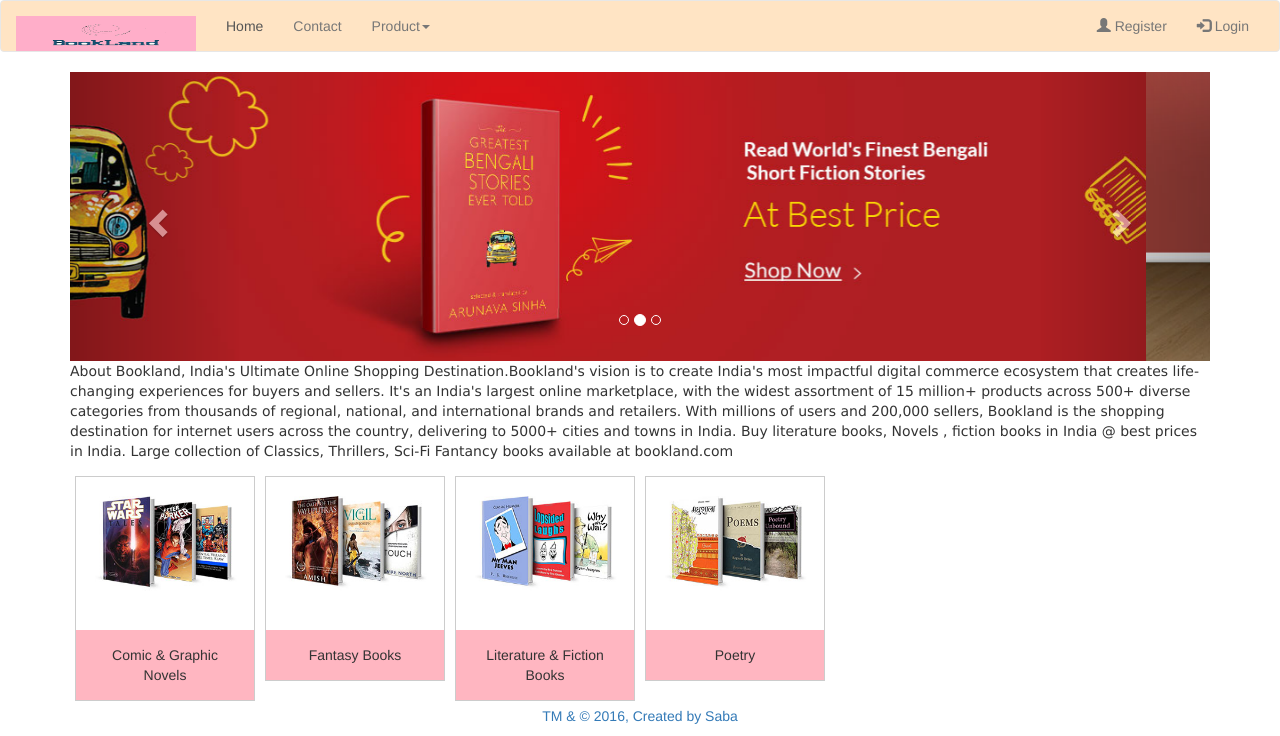
Repository: sabahussain/finalproject
Page: http://localhost/bookland/
The author's editor kept a copy of each file at every save. The page is drawn from the files as they stood at one save, then again after the next save.
The browser window is 1280 px wide. The pictures show the whole page.
The page is served by Tomcat 9. Nobody is signed in. The application's start-up code is not run. Other server files are loaded and not shown.

Above is the page before, as saved 2016-05-08 15:27:31.

### bookland/src/main/webapp/index.jsp
<%@taglib uri="http://java.sun.com/jsp/jstl/core" prefix="c"  %>
<%@page isELIgnored="false" %>
<html>
<head>
<head>
<c:url value="/resources/bootstrap/css" var="a" scope="application"></c:url>
<c:url value="/resources/bootstrap/js" var="b" scope="application"></c:url>
<c:url value="/resources/images" var="z" scope="application"></c:url>
<link href="${a}/bootstrap.min.css" rel="stylesheet"/>
 <script src="${b}/jquery-2.2.3.min.js">
 </script>
<script src="${b}/bootstrap.min.js">
</script>
<style>
.navbar-default {
    background-color: #FFE4C4;
    border-color: #E7E7E7;
}
.navbar-default .navbar-nav > li > a {
    color: #777777;
}
.navbar-default .navbar-nav > .active > a, .navbar-default .navbar-nav > .active > a:hover, .navbar-default .navbar-nav > .active > a:focus {
    background-color: #FFE4C4;
    color: #555555;
}
div.img {
    margin: 5px;
    border: 1px solid #ccc;
    float: left;
    width: 180px;
    background-color: #FFB6C1;

}

div.img:hover {
    border: 1px solid #777;
}

div.img img {
    width: 100%;
    height: auto;
}

div.desc {
    padding: 15px;
    text-align: center;
}
</style>
</head>
<body>
     <nav class="navbar navbar-default navbar-inverse">
  <div class="container-fluid">
    <div class="navbar-header">
      <button type="button" class="navbar-toggle" data-toggle="collapse" data-target="#myNavbar">
        <span class="icon-bar"></span>
        <span class="icon-bar"></span>
        <span class="icon-bar"></span>
      </button>
      <a class="navbar-brand" href="#"><img src="${z}/newlogo.png" alt="" width="180px" height="35px" ></a>
    </div>
    <div class="collapse navbar-collapse" id="myNavbar">
      <ul class="nav navbar-nav">
        <li class="active"><a href="#">Home</a></li>
         <li><a href="#">Contact</a></li>
        <li class="dropdown">
           <a class="dropdown-toggle" data-toggle="dropdown" href="#">Product<span class="caret"></span></a>
          <ul class="dropdown-menu">
            <li><a href="#">Comic & Graphic Novels</a></li>
            <li><a href="#">Literature & Fiction Books</a></li>
            <li><a href="#">Poetry</a></li>
             <li><a href="#">Fantasy Books</a></li>
          </ul>
        </li>
        </ul>
      <ul class="nav navbar-nav navbar-right">
        <li><a href="#"><span class="glyphicon glyphicon-user"></span> Register</a></li>
        <li><a href="#"><span class="glyphicon glyphicon-log-in"></span> Login</a></li>
      </ul>
    </div>
  </div>
</nav>

 <div class="container">
<div id="myCarousel" class="carousel slide" data-ride="carousel">
  <!-- Indicators -->
  <ol class="carousel-indicators">
    <li data-target="#myCarousel" data-slide-to="0" class="active"></li>
    <li data-target="#myCarousel" data-slide-to="1"></li>
    <li data-target="#myCarousel" data-slide-to="2"></li>
  </ol>

  <!-- Wrapper for slides -->
  <div class="carousel-inner" role="listbox">
    <div class="item active">
      <img src="${z}/carousel2.jpg" alt="">
      <div class="carousel-caption">
      </div>
    </div>

    <div class="item">
      <img src="${z}/carousel1.jpg" alt="">
      <div class="carousel-caption">
      </div>
    </div>

    <div class="item">
      <img src="${z}/carousel3.jpg" alt="">
      <div class="carousel-caption">
      </div>
    </div>
  </div>

  <!-- Left and right controls -->
  <a class="left carousel-control" href="#myCarousel" role="button" data-slide="prev">
    <span class="glyphicon glyphicon-chevron-left" aria-hidden="true"></span>
    <span class="sr-only">Previous</span>
  </a>
  <a class="right carousel-control" href="#myCarousel" role="button" data-slide="next">
    <span class="glyphicon glyphicon-chevron-right" aria-hidden="true"></span>
    <span class="sr-only">Next</span>
  </a>
</div>
</div>
<div class="container">
<p style="font-size:100%;font-family:verdana;">
About Bookland, India's Ultimate Online Shopping Destination.Bookland's vision is to create India's most impactful digital commerce ecosystem that creates life-changing experiences for buyers and sellers. It's an India's largest online marketplace, with the widest assortment of 15 million+ products across 500+ diverse categories from thousands of regional, national, and international brands and retailers. With millions of users and 200,000 sellers, Bookland is the shopping destination for internet users across the country, delivering to 5000+ cities and towns in India.
Buy literature books, Novels , fiction books in India @ best prices in India. Large collection of Classics, Thrillers, Sci-Fi Fantancy books available at bookland.com
</p>
</div>

<div class="container">
<div class="img">
  <a target="_blank" href="#">
    <img src="${z}/comic.jpg" alt="" width="300" height="200">
  </a>
  <div class="desc">Comic & Graphic Novels</div>
</div>

<div class="img">
  <a target="_blank" href="#">
    <img src="${z}/fantasy.jpg" alt="" width="300" height="200">
  </a>
  <div class="desc">Fantasy Books</div>
</div>

<div class="img">
  <a target="_blank" href="#">
    <img src="${z}/Fiction.jpg" alt="" width="300" height="200">
  </a>
  <div class="desc">Literature & Fiction Books</div>
</div>

<div class="img">
  <a target="_blank" href="#">
    <img src="${z}/poetry.jpg" alt="" width="300" height="200">
  </a>
  <div class="desc">Poetry</div>
</div>
</div>

<div class="container">
   <footer>
  <p align="center"><a href="#">TM & &#169; 2016, Created by Saba</a></p>
    </footer>
      </div>

</body>
</html>

</body>
</html>

Loaded but not shown: bookland/src/main/webapp/resources/bootstrap/css/bootstrap.min.css (library); bookland/src/main/webapp/resources/bootstrap/js/jquery-2.2.3.min.js (library); bookland/src/main/webapp/resources/bootstrap/js/bootstrap.min.js (library)

After the next save:
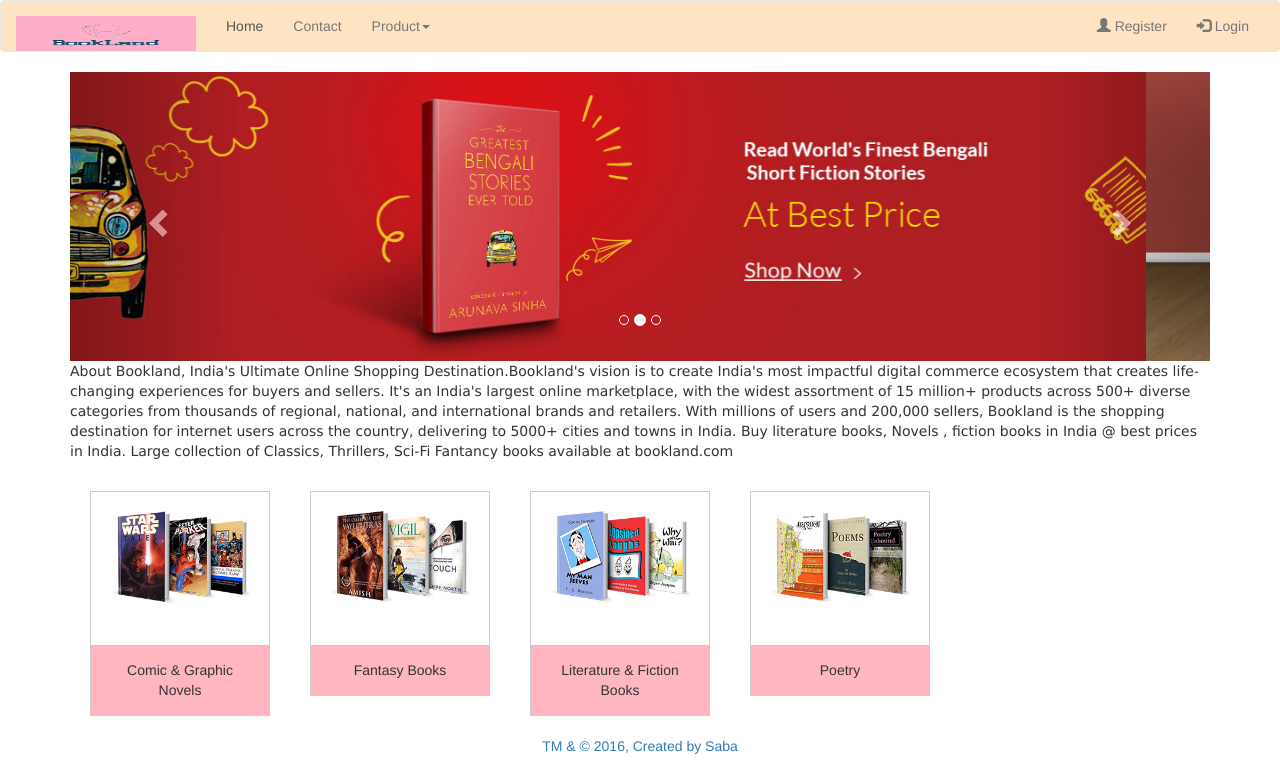
Saved 7 min 6 s later.
--- a/bookland/src/main/webapp/index.jsp
+++ b/bookland/src/main/webapp/index.jsp
@@ -24,7 +24,7 @@
     color: #555555;
 }
 div.img {
-    margin: 5px;
+    margin: 20px;
     border: 1px solid #ccc;
     float: left;
     width: 180px;
